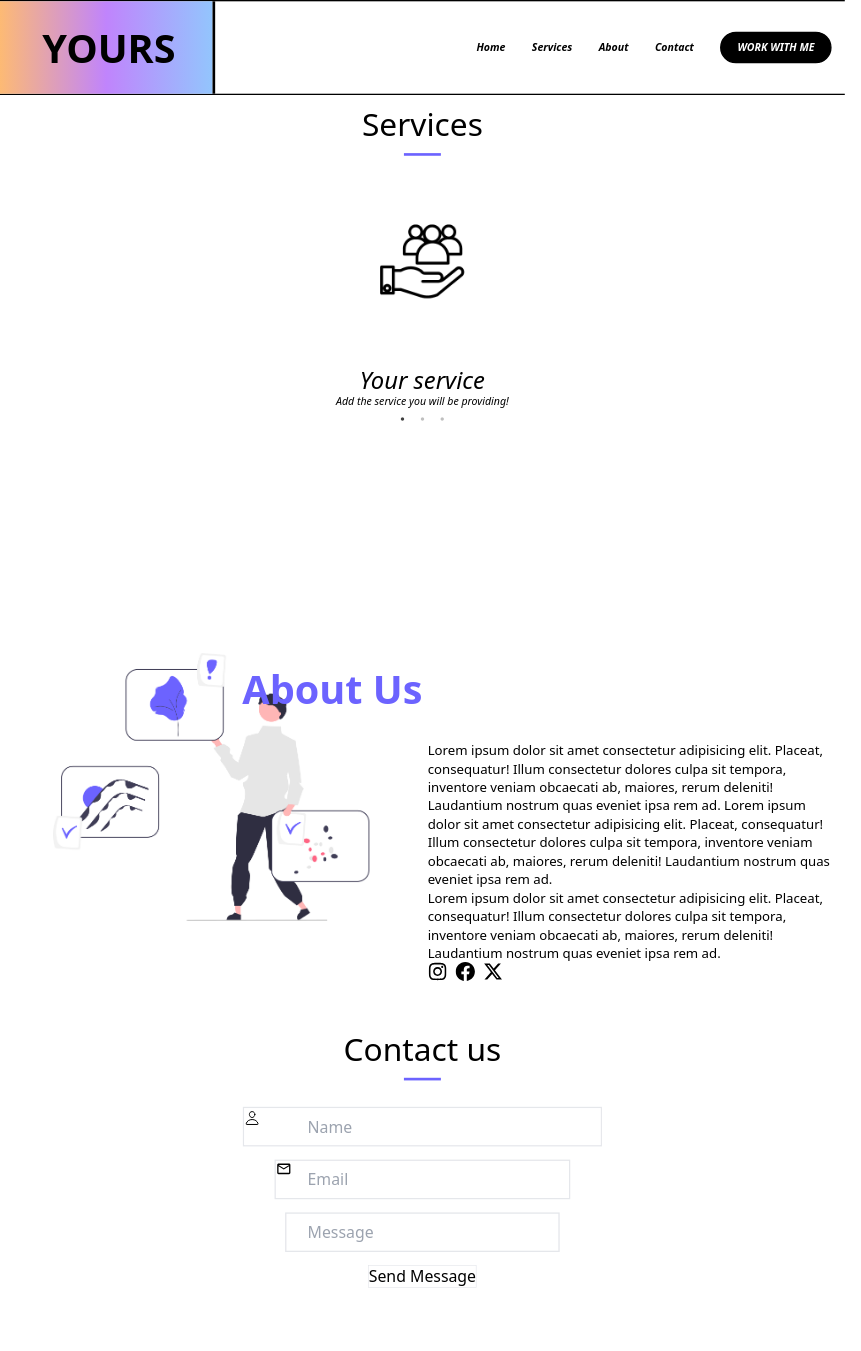
Repository: Al123Kudayyd/eportfolio
Page: /
The author's editor kept a copy of each file at every save. The page is drawn from the files as they stood at one save, then again after a run of saves.
The browser window is 1280 px wide. The page is 1305 px wide, so the pictures cover 1305 px, including what lies to the right of the window. The pictures show the whole page, at 66% of full size.
The project was rebuilt for these pictures with package versions that can differ from the ones it lists, and the page was loaded fresh each time. Also part of the build but not shown: src/components/AboutService.jsx.

Above is the page before, as saved 2024-02-27 11:11:42.

After the next 4 saves:
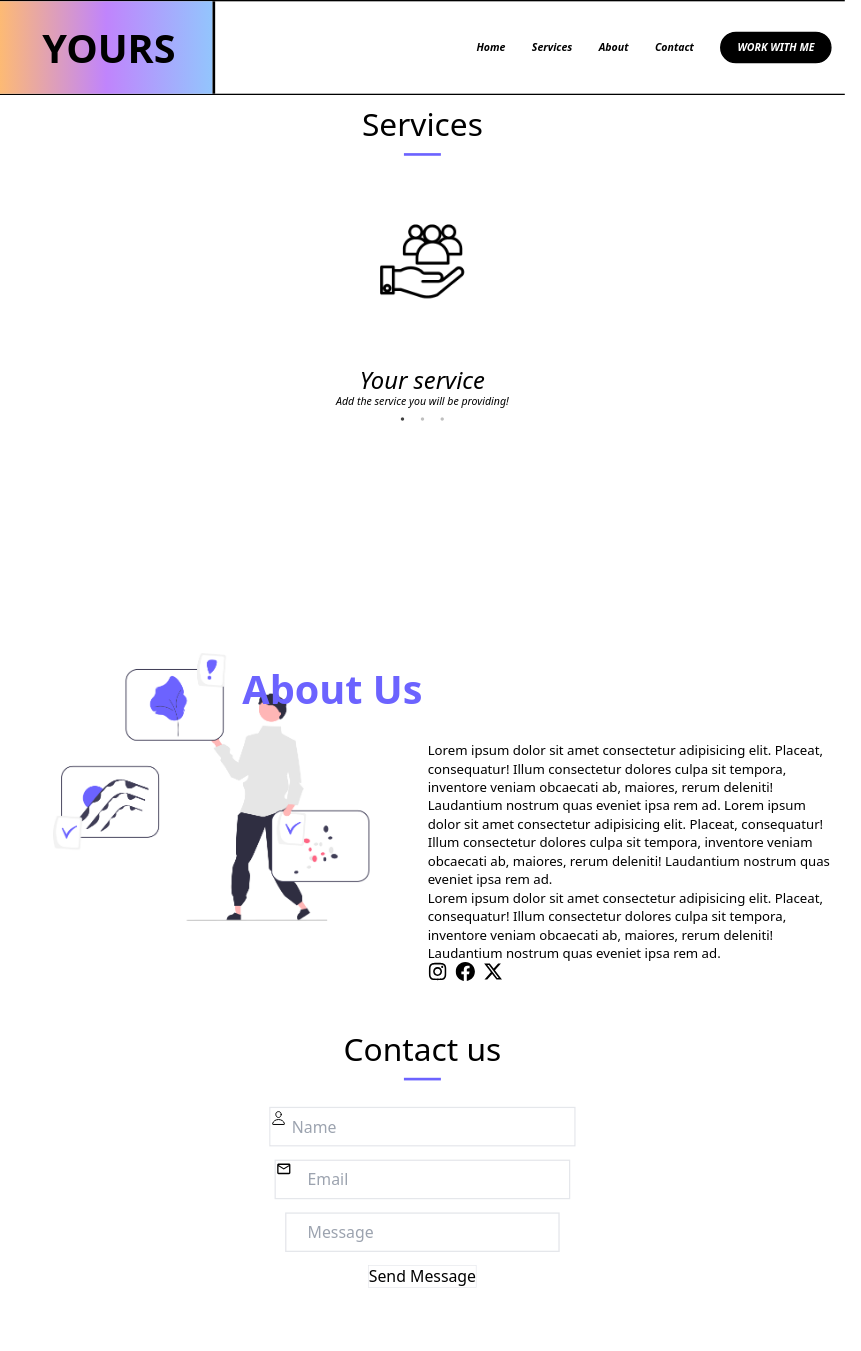
The 4 saves are shown as one change because they came seconds apart.
The last was saved 21 s later.
--- a/src/components/Contact.jsx
+++ b/src/components/Contact.jsx
@@ -10,7 +10,7 @@
         <div className='my-10'>
             <form className='flex flex-col items-center relative text-2xl space-y-5'>
                 <div className='realtive border-2'>
-                    <input type="text" placeholder='Name' className='px-24 py-3' />
+                    <input type="text" placeholder='Name' className='pl-8 pr-20 py-3' />
                     <IoPersonOutline className='absolute top-[2%]' />
                 </div>
                 <div className='realtive border-2'>
